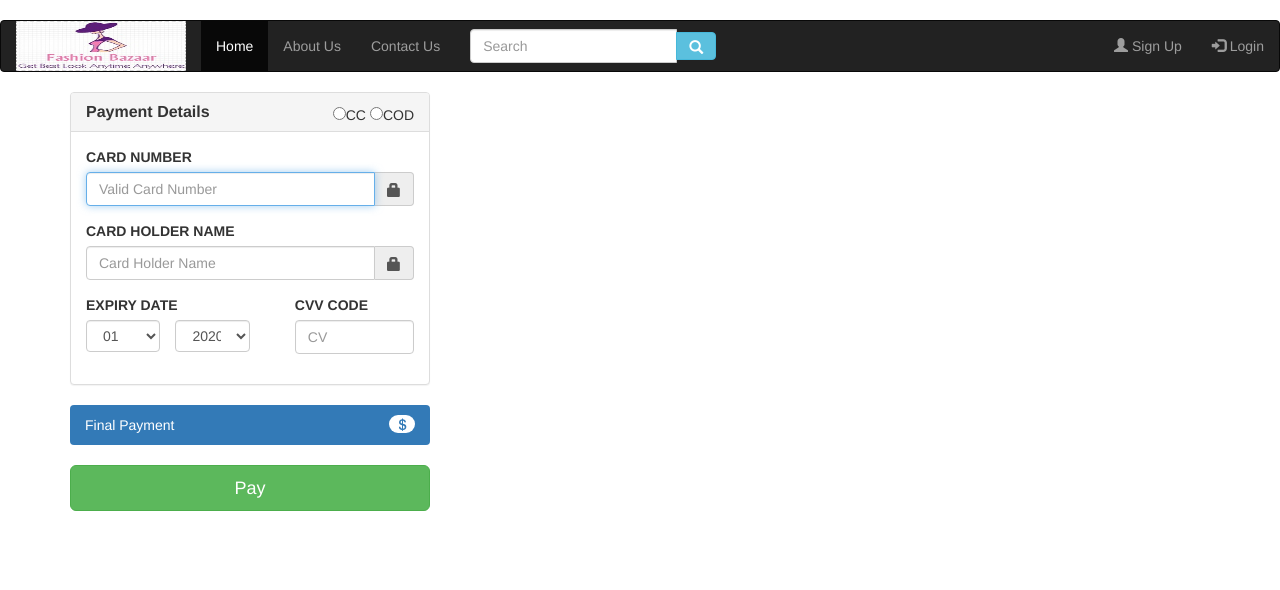
Repository: SmithaMendonca/Project-1
Page: http://localhost/FashionBazarFrontend/WEB-INF/views/Payment.jsp
An editor plug-in stored every save of this project. The page is shown before and after the next save, followed by the edit.
The browser window is 1280 px wide. The pictures show the whole page.
The page is served by Tomcat 9. Nobody is signed in. Other server files are loaded and not shown. The template is opened directly, without the code that normally fills it, so the values that code supplies are empty.

Above is the page before, as saved 2019-06-10 04:21:06.

### FashionBazarFrontend/src/main/webapp/WEB-INF/views/Payment.jsp
<%@include file="Header.jsp"%>
<%@ taglib uri="http://java.sun.com/jsp/jstl/core" prefix="c"%>
<html>
<head>
<style type="text/css">
body { margin-top:20px; }
.panel-title {display: inline;font-weight: bold;}
.checkbox.pull-right { margin: 0; }
.pl-ziro { padding-left: 0px; }
</style>
</head>
<body>
<div class="container">
    <div class="row">
      <form action="<c:url value="/pay"/>" role="form" method="post">
        <div class="col-xs-12 col-md-4">
            <div class="panel panel-default">
               <form role="form">
                 <div class="panel-heading">
                    <h3 class="panel-title">
                        Payment Details
                    </h3>
                    <div class="checkbox pull-right">
                        <label>
                            <input type="radio" name="pmode" value="CC"/>CC
                            <input type="radio" name="pmode" value="COD"/>COD
                        </label>
                    </div>
                </div>

                <div class="panel-body">
                    <div class="form-group">
                        <label for="cardNumber">
                            CARD NUMBER</label>
                        <div class="input-group">
                            <input type="text" class="form-control" id="cardNumber" maxlength="16" pattern="\d{16}" placeholder="Valid Card Number"
                                required autofocus />
                            <span class="input-group-addon"><span class="glyphicon glyphicon-lock"></span></span>
                        </div>
                    </div>
                       <div class="form-group">
                        <label for="cardNumber">
                            CARD HOLDER NAME</label>
                        <div class="input-group">
                            <input type="text" class="form-control" id="cardHolderName"  placeholder="Card Holder Name"
                                required autofocus />
                            <span class="input-group-addon"><span class="glyphicon glyphicon-lock"></span></span>
                        </div>
                    </div>
                    <div class="row">
                        <div class="col-xs-7 col-md-7">
                            <div class="form-group">
                                <label for="expityMonth">
                                    EXPIRY DATE</label>
                                <div class="col-xs-6 col-lg-6 pl-ziro">
                                    <select class="form-control" id="expityMonth" size="0" >
                                    		<option value="01">01</option>
                                            <option value="02">02</option>
                                            <option value="03">03</option>
                                            <option value="04">04</option>
                                            <option value="05">05</option>
                                            <option value="06">06</option>
                                            <option value="07">07</option>
                                            <option value="08">08</option>
                                            <option value="09">09</option>
                                            <option value="10">10</option>
                                            <option value="11">11</option>
                                            <option value="12">12</option>
                                    </select>
                                </div>
                                <div class="col-xs-6 col-lg-6 pl-ziro">
                                    <select class="form-control" id="expityYear" size="0" >
                                            <option>2020</option>
                                            <option>2021</option>
                                            <option>2022</option>
                                            <option>2023</option>
                                    </select>
                                </div>
                            </div>
                        </div>
                        <div class="col-xs-5 col-md-5 pull-right">
                            <div class="form-group">
                                <label for="cvCode">
                                    CVV CODE</label>
                                <input type="password" class="form-control" maxlength="3" pattern="\d{3}" id="cvCode" placeholder="CV" required />
                            </div>
                        </div>
                    </div>
                </div>

               </form>
            </div>
            <ul class="nav nav-pills nav-stacked">
                <li class="active"><a href="#"><span class="badge pull-right"><span class="glyphicon glyphicon-usd"></span>${grandTotal}</span> Final Payment</a>
                </li>
            </ul>
            <br/>
            <input type="submit" value="Pay" class="btn btn-success btn-lg btn-block"/>
        </div>
      </form>
    </div>
</div>
</body>
</html>

### FashionBazarFrontend/src/main/webapp/WEB-INF/views/Header.jsp
<%@ page language="java" contentType="text/html"%>
<%@ taglib uri="http://java.sun.com/jsp/jstl/core" prefix="c"%>
<%@taglib prefix="form" uri="http://www.springframework.org/tags/form"%>
<html>
<head>
<title>Welcome to Fashion Bazar</title>
 <meta charset="utf-8">
 <meta name="viewport" content="width=device-width, initial-scale=1">
 <link rel="stylesheet" href="https://maxcdn.bootstrapcdn.com/bootstrap/3.4.0/css/bootstrap.min.css">
  <script src="https://ajax.googleapis.com/ajax/libs/jquery/3.4.0/jquery.min.js"></script>
  <script src="https://maxcdn.bootstrapcdn.com/bootstrap/3.4.0/js/bootstrap.min.js"></script>
</head>
<style type="text/css">

.navbar-brand{
	padding:0px 15px;
     font-size: 40px;
}
</style>
<body>
	  <nav class="navbar navbar-inverse">
      <div class="container-fluid">
        <div class="navbar-header">
	        <img class="navbar-brand" src="<c:url value="/resources/images/fashion-bazaar-logo.jpg"/>" width="200px" height="100px" alt="logo" >
        </div>
        <ul class="nav navbar-nav">
         <c:if test="${!sessionScope.loggedIn }">
	      <li class="active"><a href="AdminHome.jsp">Home</a></li>
          <li><a href="<c:url value="/aboutus"/>">About Us</a></li>
          <li><a href="<c:url value="/contactus"/>">Contact Us</a></li>
          <form class="navbar-form navbar-left">
  				<div class="input-group">
    			  <input type="text" class="form-control" placeholder="Search">
   				 	<div class="input-group-btn">
      				<button class="btn btn-info" type="submit">
        				<span class="glyphicon glyphicon-search"></span>
      				</button>
    				</div>
  				</div>
			</form>
         </c:if>

         <c:if test="${sessionScope.loggedIn }">
               <c:if test="${sessionScope.role=='ROLE_ADMIN' }">
	      <li><a href="<c:url value="/category"/>">Category Management</a></li>
          <li><a href="<c:url value="/product"/>">Product Management</a></li>
               </c:if>
         </c:if>

          <c:if test="${sessionScope.loggedIn }">
              <c:if test="${sessionScope.role=='ROLE_USER' }">
           <li><a href="<c:url value="/productPage"/>">Products</a></li>
           <li><a href="<c:url value="/showCart"/>"><span class="glyphicon glyphicon-shopping-cart"></span>Cart</a></li>
              </c:if>
          </c:if>
       </ul>

       <ul class="nav navbar-nav navbar-right">
         <c:if test="${!sessionScope.loggedIn }">
	     	<li><a href="<c:url value="/register"/>"><span class="glyphicon glyphicon-user"></span> Sign Up</a></li>
        	 <li><a href="<c:url value="/login"/>"><span class="glyphicon glyphicon-log-in"></span> Login</a></li>
         </c:if>

         <c:if test="${sessionScope.loggedIn }">
            <li><a href="#"><span class="glyphicon glyphicon-user"></span>Hi ${sessionScope.username}</a></li>
            <li><a href="<c:url value="/perform_logout"/>"><span class="glyphicon glyphicon-log-out"></span> Logout</a></li>
         </c:if>
       </ul>
     </div>
    </nav>
</body>
</html>

After the next save:
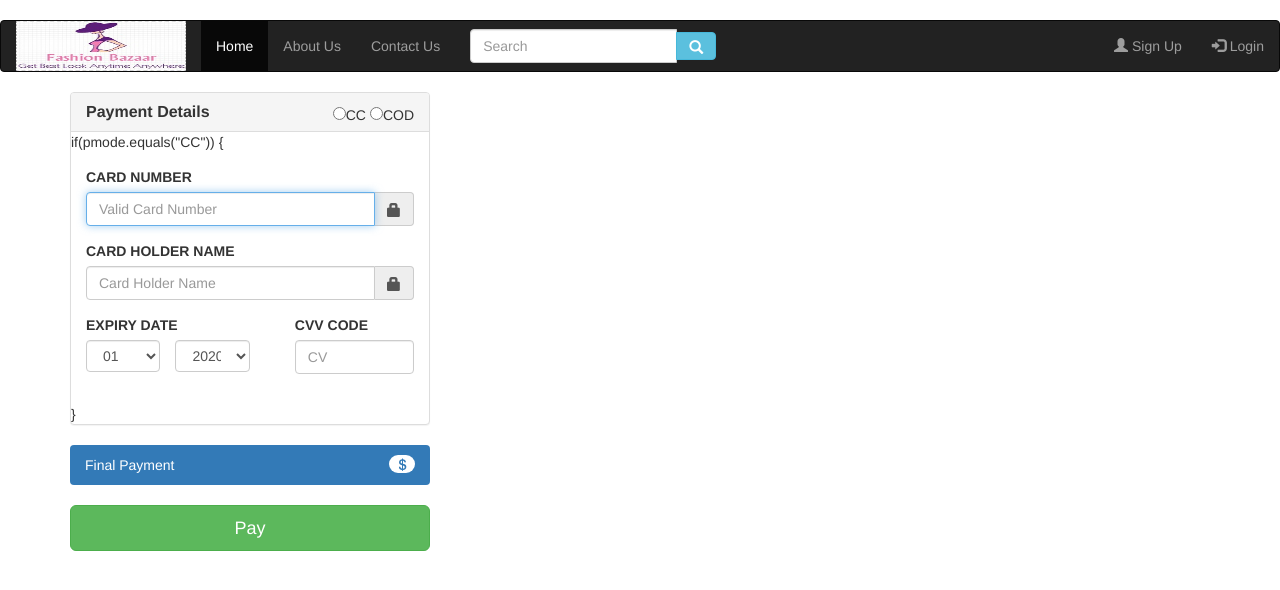
Saved 84 s later.
--- a/FashionBazarFrontend/src/main/webapp/WEB-INF/views/Payment.jsp
+++ b/FashionBazarFrontend/src/main/webapp/WEB-INF/views/Payment.jsp
@@ -28,6 +28,8 @@ body { margin-top:20px; }
                     </div>
                 </div>
 
+          if(pmode.equals("CC"))
+          {
                 <div class="panel-body">
                     <div class="form-group">
                         <label for="cardNumber">
@@ -87,7 +89,7 @@ body { margin-top:20px; }
                         </div>
                     </div>
                 </div>
-
+              }
                </form>
             </div>
             <ul class="nav nav-pills nav-stacked">
